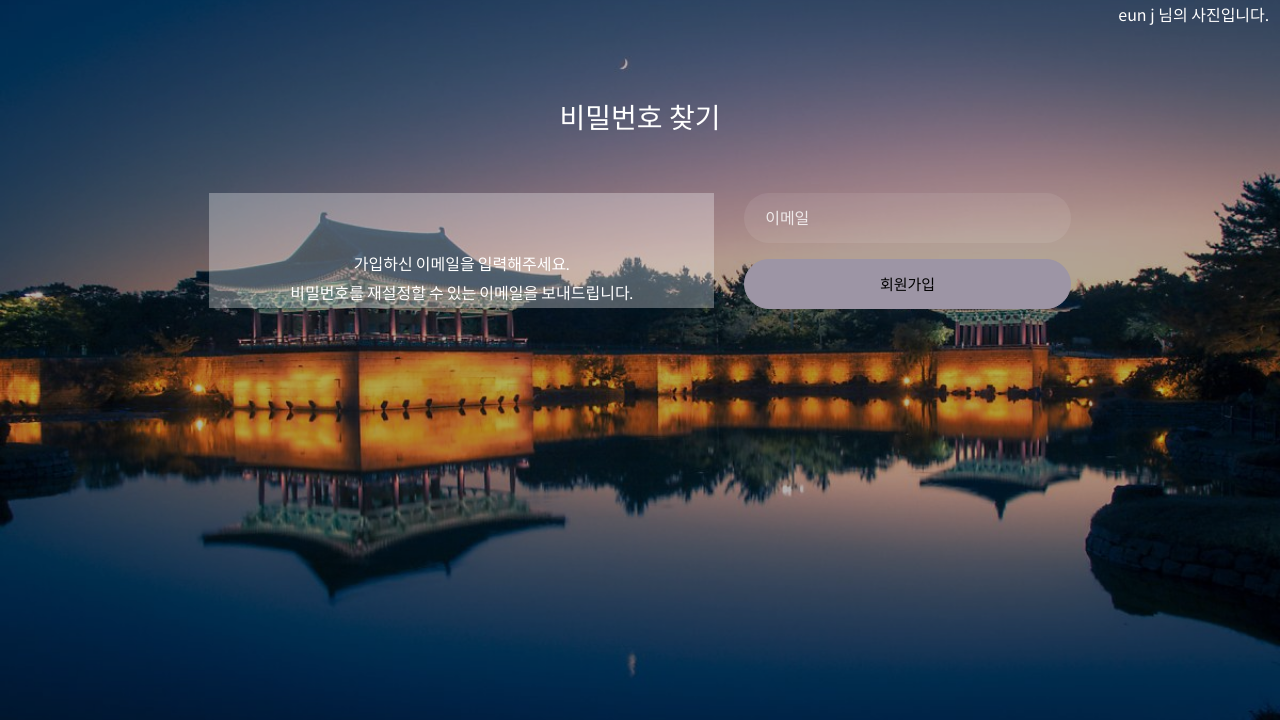
Repository: jangseohyun/LEGGO_2021
Page: http://localhost/PrjApp/FindPw.jsp
These files come from the project's save history. The page is drawn as it stood at one moment and after the next save; the edit follows.
The browser window is 1280 px wide. The pictures show the whole page.
The page is served by Tomcat 9. Other server files are loaded and not shown.

Above is the page before, as saved 2021-06-26 12:06:31.

### PrjApp/WebContent/FindPw.jsp
<%@ page contentType="text/html; charset=UTF-8"%>
<%@ taglib prefix="c" uri="http://java.sun.com/jsp/jstl/core"%>
<%
	request.setCharacterEncoding("UTF-8");
	String cp = request.getContextPath();
%>
<!doctype html>
<html lang="en">
<head>
<title>Login</title>
<meta charset="utf-8">
<meta name="viewport"
	content="width=device-width, initial-scale=1, shrink-to-fit=no">
<link rel="preconnect" href="https://fonts.gstatic.com">
<link rel="preconnect" href="https://fonts.gstatic.com">
<link
	href="https://fonts.googleapis.com/css2?family=Noto+Sans+KR:wght@300;400&display=swap"
	rel="stylesheet">
<link
	href="https://fonts.googleapis.com/css?family=Lato:300,400,700&display=swap"
	rel="stylesheet">

<link rel="stylesheet"
	href="https://stackpath.bootstrapcdn.com/font-awesome/4.7.0/css/font-awesome.min.css">

<link rel="stylesheet" href="css/style.css">

</head>
<body class="img js-fullheight" style="background-image: url(images/gyeongju.jpg);">
<p class="userimg">eun j 님의 사진입니다.&nbsp;&nbsp;&nbsp;</p>
<section class="ftco2-section">
		<div class="container" style="padding: 50px;">
			<div class="row justify-content-center">
				<div class="col-md-6 text-center mb-5">
					<h2 class="heading-section" style="font-family: 'Noto Sans KR', sans-serif;">비밀번호 찾기</h2>
				</div>
			</div>
			<div class="row justify-content-center">
				<div class="col-md-6 text-center mb-5">
					<p class="text-center" style="background-color: rgba( 255, 255, 255, 0.3 ); color: #ffffff"><br><br>가입하신 이메일을 입력해주세요.<br>비밀번호를 재설정할 수 있는 이메일을 보내드립니다.</p>
				</div>
				<div class="col-md-6 col-lg-4">
					<div class="login-wrap p-0">
						<form action="#" class="signin-form">
							<div class="form-group">
								<input type="text" class="form-control" placeholder="이메일"
									required>
							</div>
							<div class="form-group">
								<button type="submit"
									class="form-control btn2 btn2-primary submit px-3">회원가입</button>
							</div>
						</form>
					</div>
				</div>
			</div>
		</div>
	</section>

	<script src="js/jquery.min.js"></script>
	<script src="js/popper.js"></script>
	<script src="js/bootstrap.min.js"></script>
	<script src="js/main.js"></script>

</body>
</html>

Loaded but not shown: PrjApp/WebContent/css/style.css (library); PrjApp/WebContent/js/jquery.min.js (library); PrjApp/WebContent/js/popper.js (library); PrjApp/WebContent/js/bootstrap.min.js (library); PrjApp/WebContent/js/main.js (common file)

After the next save:
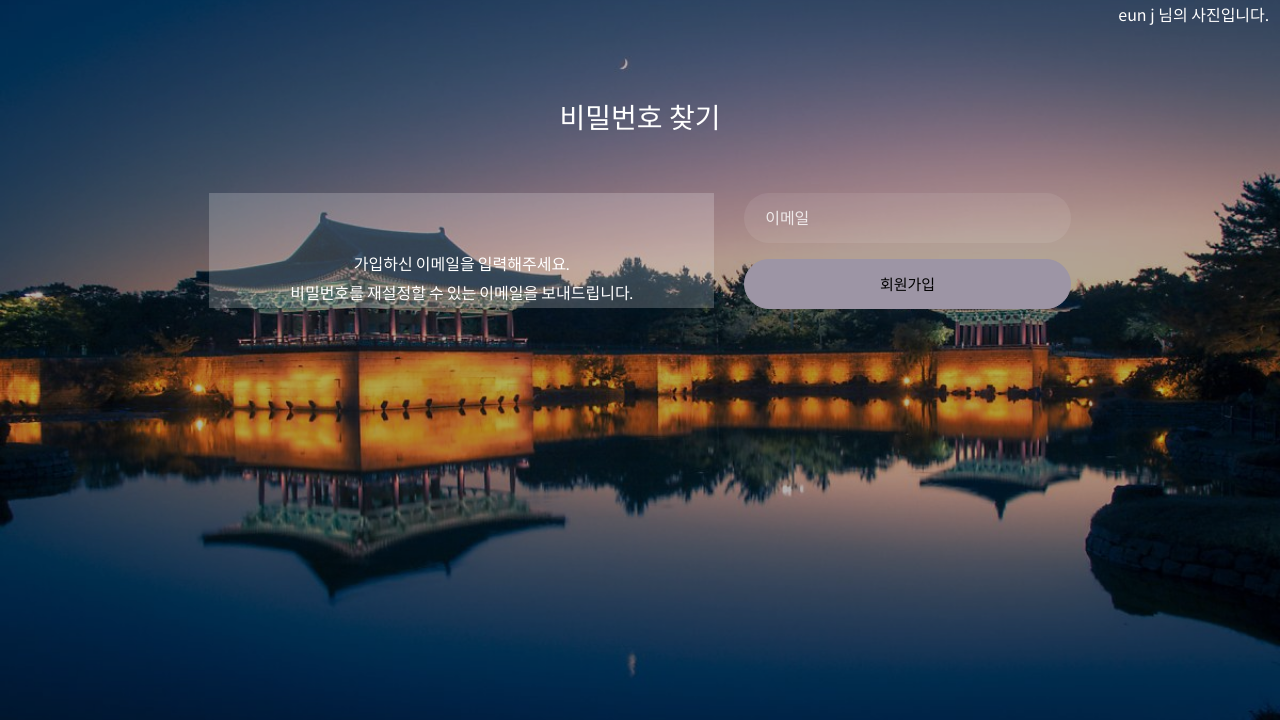
Saved 6 s later.
--- a/PrjApp/WebContent/FindPw.jsp
+++ b/PrjApp/WebContent/FindPw.jsp
@@ -37,7 +37,7 @@
 			</div>
 			<div class="row justify-content-center">
 				<div class="col-md-6 text-center mb-5">
-					<p class="text-center" style="background-color: rgba( 255, 255, 255, 0.3 ); color: #ffffff"><br><br>가입하신 이메일을 입력해주세요.<br>비밀번호를 재설정할 수 있는 이메일을 보내드립니다.</p>
+					<p class="text-center" style="background-color: rgba( 255, 255, 255, 0.2 ); color: #ffffff"><br><br>가입하신 이메일을 입력해주세요.<br>비밀번호를 재설정할 수 있는 이메일을 보내드립니다.</p>
 				</div>
 				<div class="col-md-6 col-lg-4">
 					<div class="login-wrap p-0">
